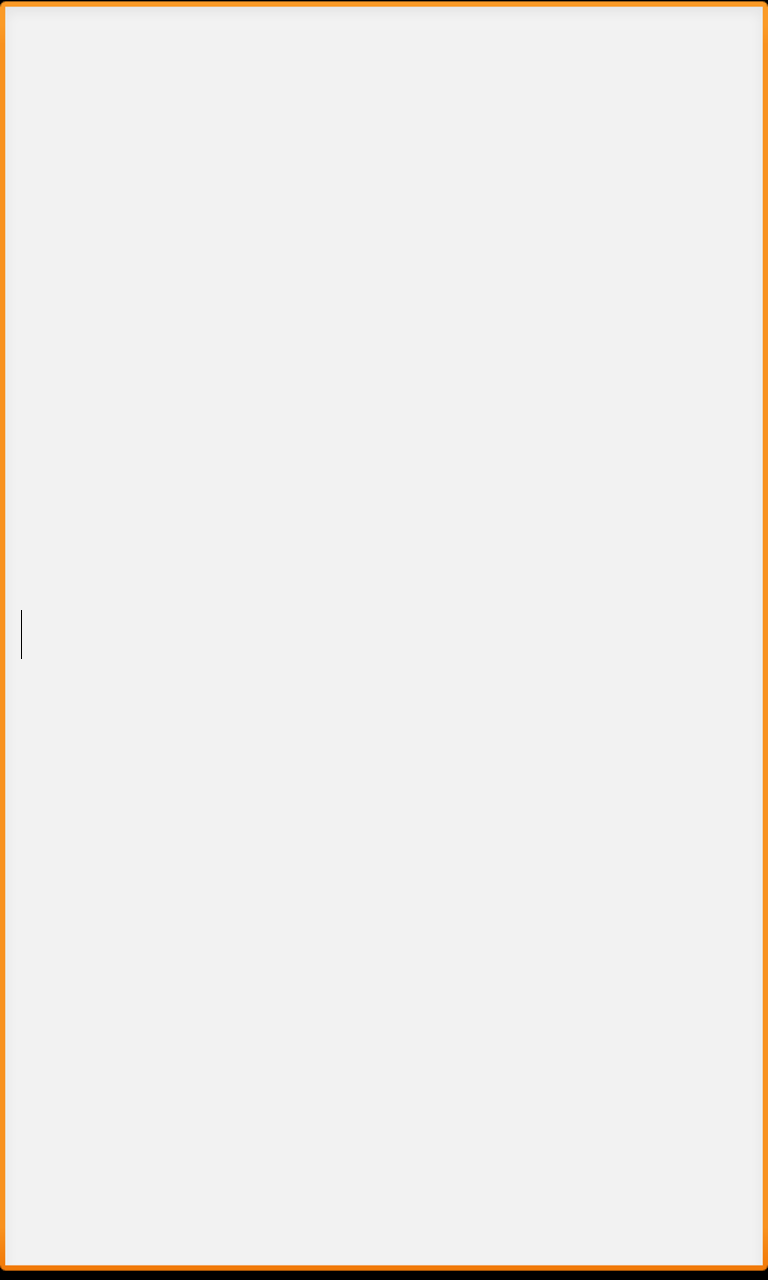
Repository: ssbayanov/panhandlerNXT
Layout: poproshaika/res/layout/help.xml
These files come from the project's save history. The layout is drawn as it stood at one moment and after the next save; the edit follows.
It is drawn on a 768 x 1280 px phone screen (xhdpi) without system bars, with theme android:Theme; the app's code is not run.

Above is the layout before, as saved 2012-11-06 06:37:06.

### poproshaika/res/layout/help.xml
<?xml version="1.0" encoding="utf-8"?>
<LinearLayout xmlns:android="http://schemas.android.com/apk/res/android"
    android:layout_width="fill_parent"
    android:layout_height="fill_parent"
    android:orientation="vertical" >

    <EditText
        android:id="@+id/content"
    	android:layout_width="fill_parent"
    	android:layout_height="fill_parent"
        android:inputType="textMultiLine" >

        <requestFocus />
    </EditText>

</LinearLayout>

After the next save:
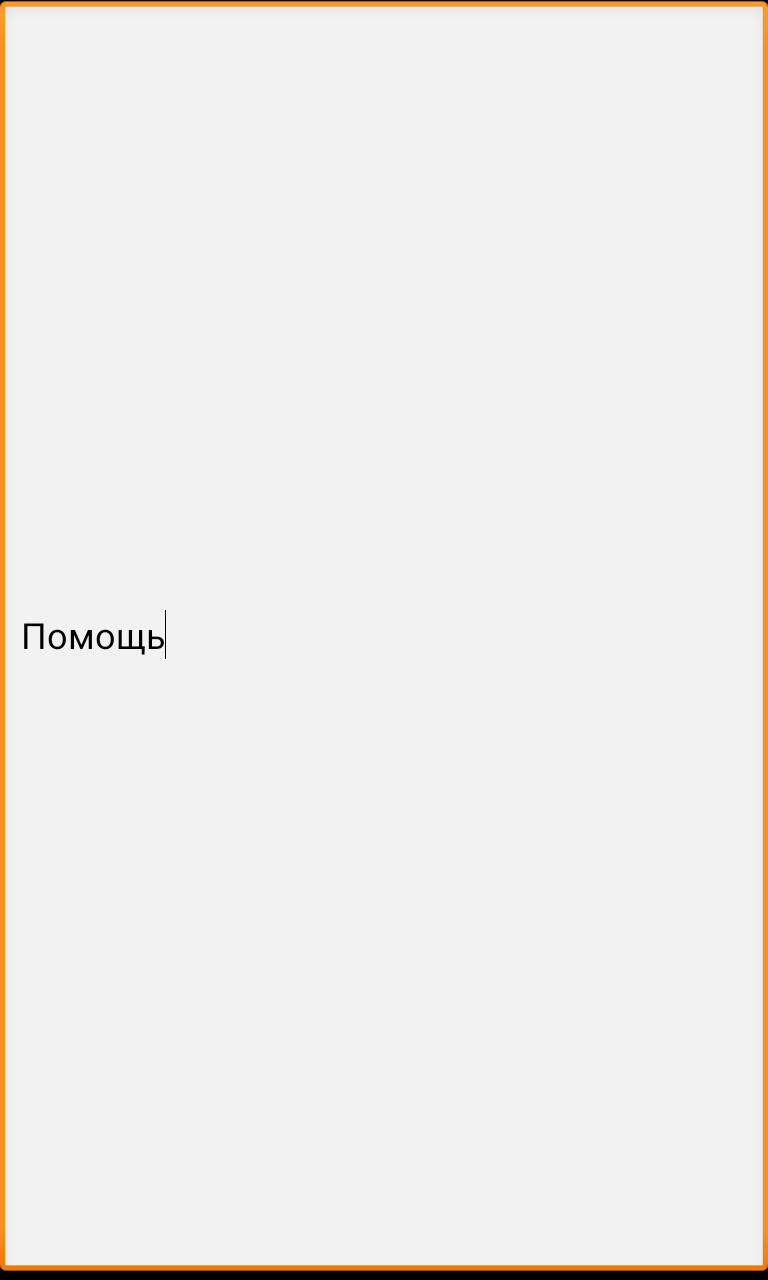
Saved 48 s later.
--- a/poproshaika/res/layout/help.xml
+++ b/poproshaika/res/layout/help.xml
@@ -8,6 +8,7 @@
         android:id="@+id/content"
     	android:layout_width="fill_parent"
     	android:layout_height="fill_parent"
+    	android:text="Помощь"
         android:inputType="textMultiLine" >
 
         <requestFocus />
